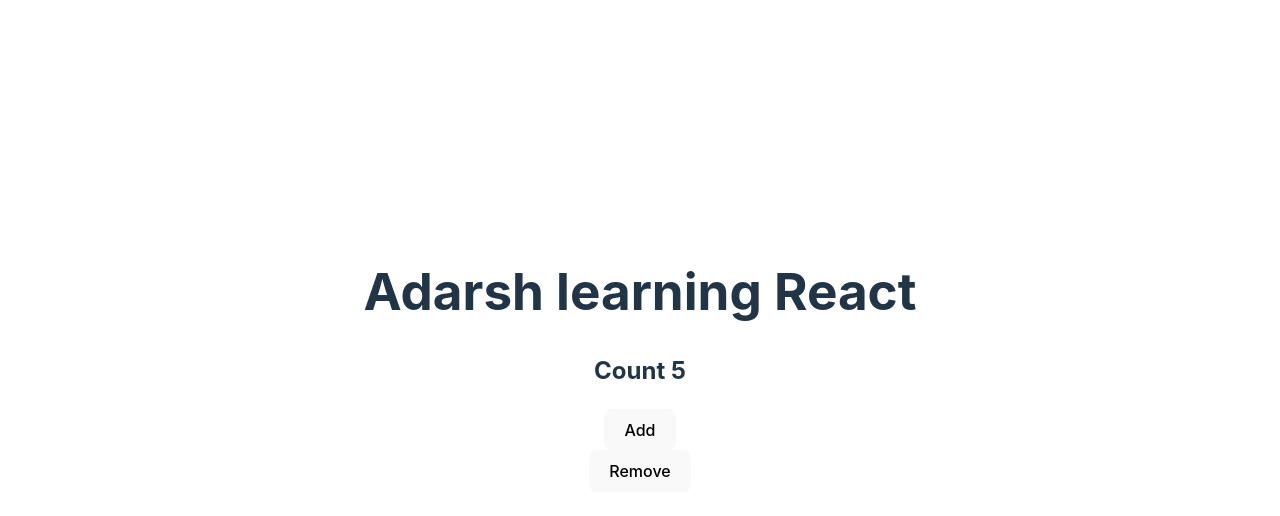
Repository: Adarshjeet0/ReactJs
Page: / (app in customReact/Counter/)
The author's editor kept a copy of each file at every save. The page is drawn from the files as they stood at one save, then again after a run of saves.
The browser window is 1280 px wide. The pictures show the whole page.
The project was rebuilt for these pictures with package versions that can differ from the ones it lists, and the page was loaded fresh each time. Also part of the build but not shown: customReact/Counter/vite.config.js.

Above is the page before, as saved 2024-11-30 18:45:17.

After the next 4 saves:
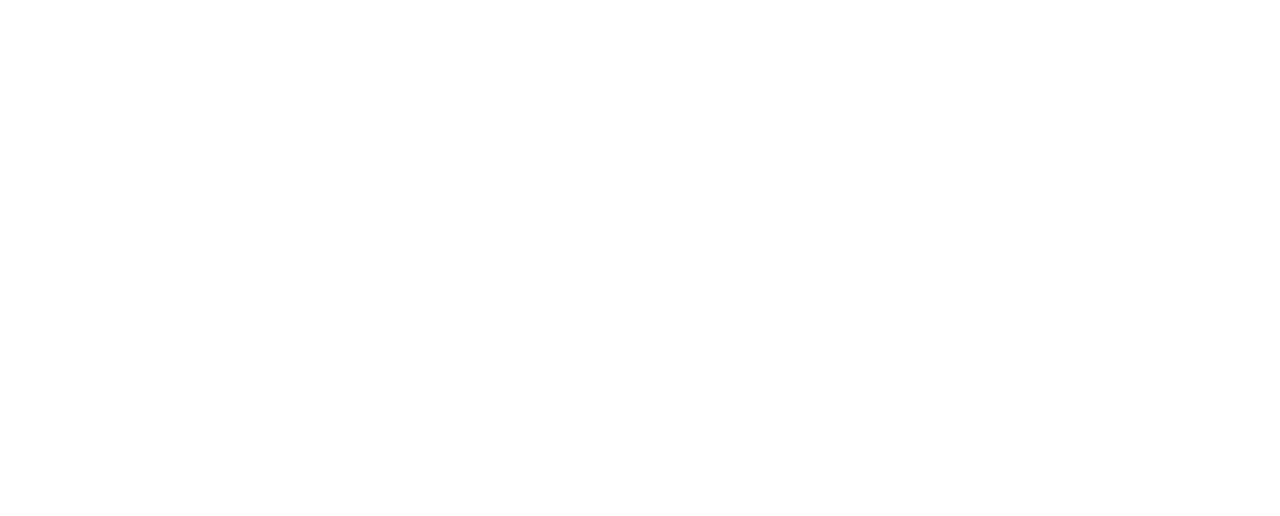
Console error: ReferenceError: addValue is not defined
The 4 saves are shown as one change because they came seconds apart.
The last was saved 3 min 37 s later.
--- a/customReact/Counter/src/App.jsx
+++ b/customReact/Counter/src/App.jsx
@@ -11,7 +11,7 @@
 
       <h1>Adarsh learning React</h1>
       <h2>Count {counter}</h2>
-      <button>Add</button>
+      <button onClick={addValue}>Add</button>
       <br />
       <button>Remove</button>
     </>

After the 2 saves that followed:
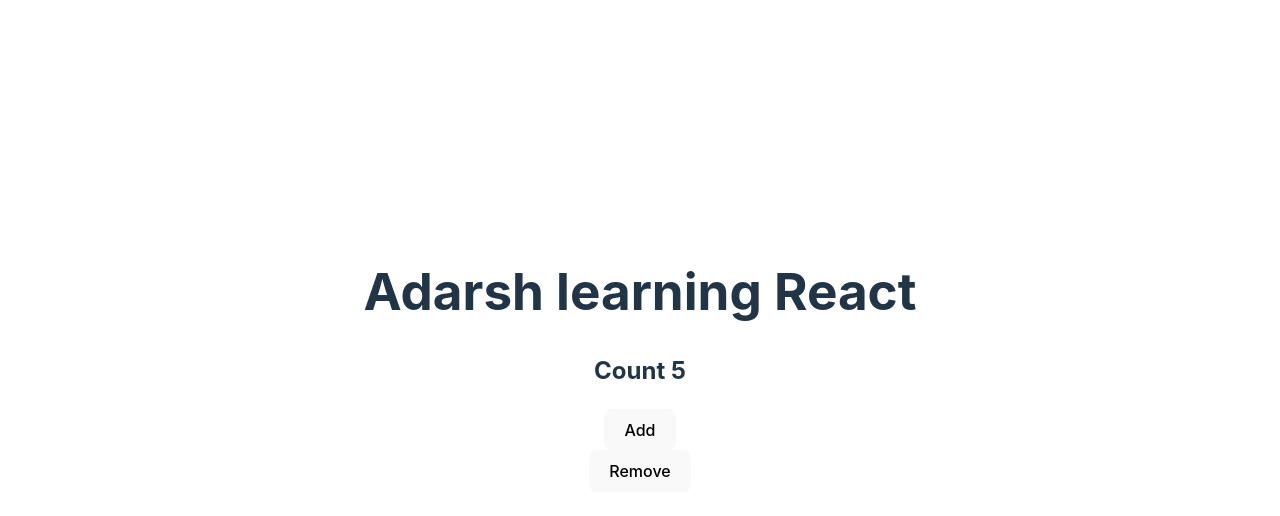
The error is gone.
The 2 saves are shown as one change because they came seconds apart.
The last was saved 15 s later.
--- a/customReact/Counter/src/App.jsx
+++ b/customReact/Counter/src/App.jsx
@@ -6,6 +6,9 @@
 function App() {
   const [count, setCount] = useState(0)
   let counter = 5;
+  const addValue = ()=>{
+    console.log(object);
+  }
   return (
     <>
 
